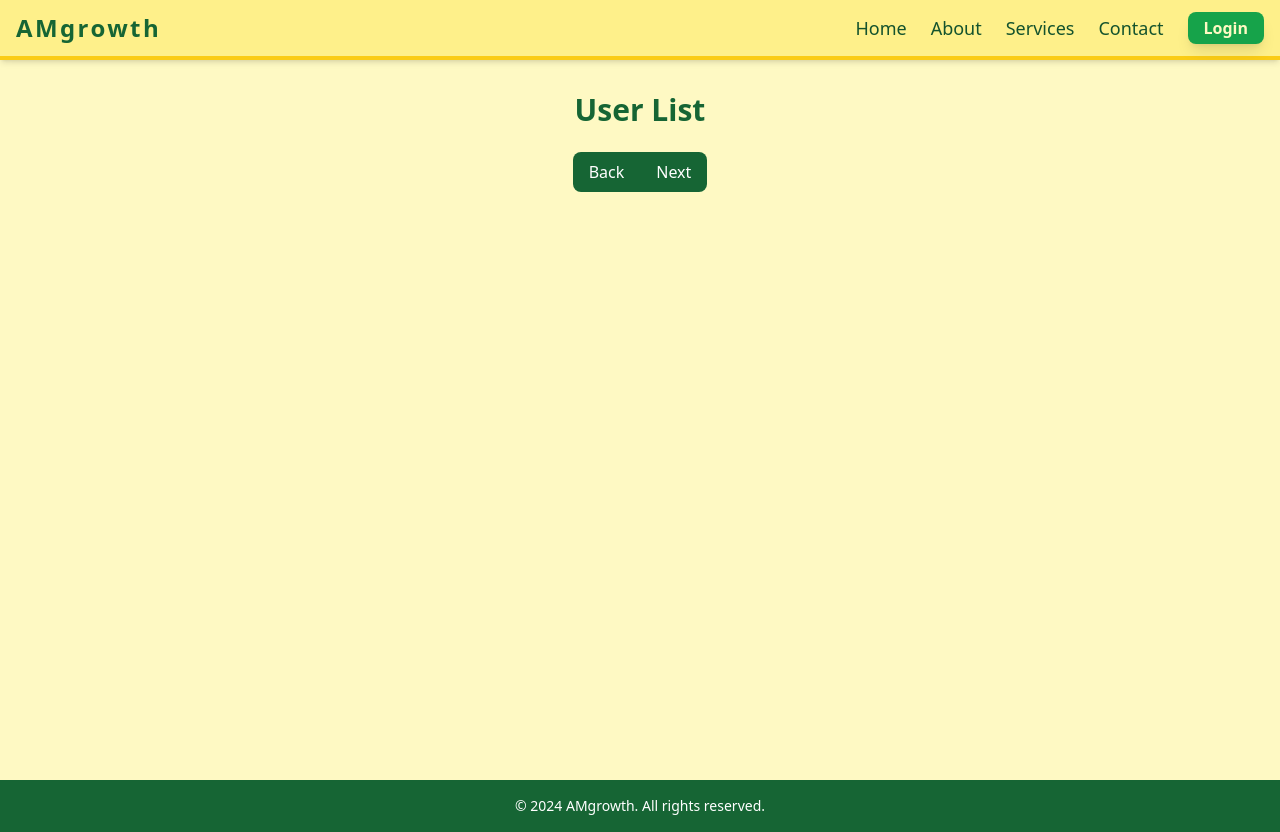
Repository: ArievfRahman-Dev/Mini-Project-II
Page: / (app in miniproject2/)
An editor plug-in stored every save of this project. The page is shown before and after the next save, followed by the edit.
The browser window is 1280 px wide. The pictures show the whole page.
The page's requests for data from a server got no answer. The project was rebuilt for these pictures with package versions that can differ from the ones it lists, and the page was loaded fresh each time. No one was signed in, and anything a server would have sent is missing. Also part of the build but not shown: miniproject2/vite.config.js, miniproject2/src/pages/DetailUser/index.jsx, miniproject2/src/pages/LoginPage/index.jsx, miniproject2/src/pages/RegisterPages/index.jsx, miniproject2/src/routes/ProtectedRoute.jsx.

Above is the page before, as saved 2024-12-16 23:13:36.

After the next save:
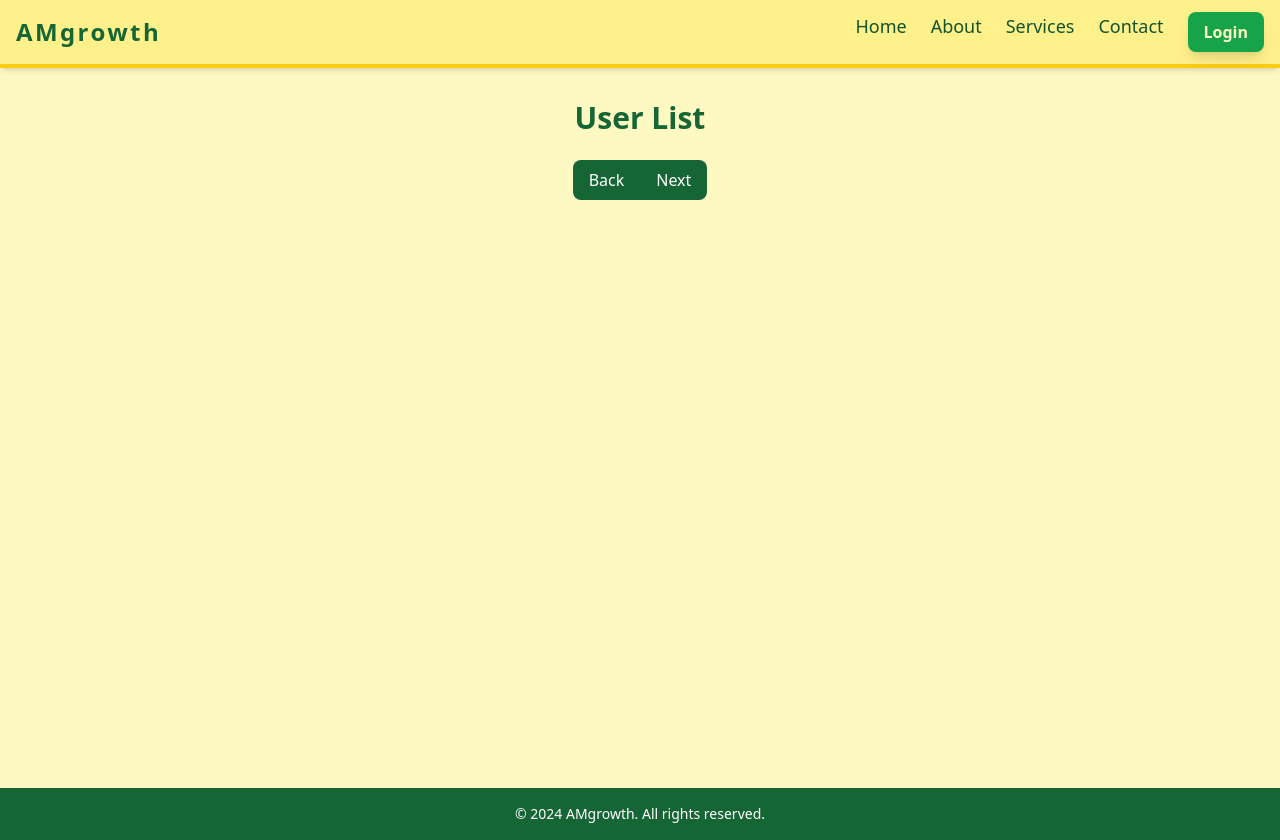
Saved 87 s later.
--- a/miniproject2/src/components/Navbar/index.jsx
+++ b/miniproject2/src/components/Navbar/index.jsx
@@ -12,13 +12,14 @@
   };
 
   const toggleMenu = () => setIsMenuOpen((prevState) => !prevState);
-  const closeMenu = () => {
-    setIsMenuOpen(false);
-  };
+
+  // Close the menu when a menu item is clicked
+  const closeMenu = () => setIsMenuOpen(false);
 
   return (
     <nav className="sticky top-0 z-50 bg-yellow-200 border-b-4 border-yellow-400 shadow-md">
       <div className="container mx-auto px-4 py-3 flex justify-between items-center">
+        {/* Logo */}
         <Link
           to="/"
           className="text-2xl font-bold text-green-800 retro-font tracking-widest"
@@ -26,12 +27,8 @@
           AMgrowth
         </Link>
 
-        {/* Menu for Mobile and Desktop */}
-        <div
-          className={`flex items-center ${
-            isMenuOpen ? "block" : "hidden"
-          } md:flex md:space-x-6`}
-        >
+        {/* Desktop Navigation Links */}
+        <div className="hidden md:flex space-x-6">
           <Link
             to="/"
             className="text-green-900 hover:text-yellow-700 font-medium text-lg"
@@ -39,26 +36,28 @@
             Home
           </Link>
           <Link
-            to="/"
+            to="/about"
             className="text-green-900 hover:text-yellow-700 font-medium text-lg"
           >
             About
           </Link>
           <Link
-            to="/"
+            to="/services"
             className="text-green-900 hover:text-yellow-700 font-medium text-lg"
           >
             Services
           </Link>
           <Link
-            to="/"
+            to="/contact"
             className="text-green-900 hover:text-yellow-700 font-medium text-lg"
           >
             Contact
           </Link>
+
+          {/* Login/Logout Button */}
           {token ? (
             <button
-              className="px-4 py-1 font-semibold text-yellow-100 bg-gray-500 rounded-lg hover:bg-gray-600 retro-font shadow-lg"
+              className="px-4 py-2 font-semibold text-yellow-100 bg-gray-500 rounded-lg hover:bg-gray-600 retro-font shadow-lg"
               onClick={handleLogout}
             >
               Logout
@@ -66,18 +65,78 @@
           ) : (
             <Link
               to="/login"
-              className="px-4 py-1 font-semibold text-yellow-100 bg-green-600 rounded-lg hover:bg-green-800 retro-font shadow-lg"
+              className="px-4 py-2 font-semibold text-yellow-100 bg-green-600 rounded-lg hover:bg-green-800 retro-font shadow-lg"
             >
               Login
             </Link>
           )}
         </div>
 
-        {/* Hamburger Icon */}
+        {/* Hamburger Icon for Mobile */}
         <div className="md:hidden" onClick={toggleMenu}>
           <i className={isMenuOpen ? "ri-close-line" : "ri-menu-line"}></i>
         </div>
       </div>
+
+      {/* Mobile Menu Links */}
+      {isMenuOpen && (
+        <div className="md:hidden flex flex-col items-center py-3 bg-yellow-200">
+          <Link
+            to="/"
+            className="text-green-900 hover:text-yellow-700 font-medium text-lg py-2"
+            onClick={() => {
+              closeMenu();
+            }}
+          >
+            Home
+          </Link>
+          <Link
+            to="/about"
+            className="text-green-900 hover:text-yellow-700 font-medium text-lg py-2"
+            onClick={() => {
+              closeMenu();
+            }}
+          >
+            About
+          </Link>
+          <Link
+            to="/services"
+            className="text-green-900 hover:text-yellow-700 font-medium text-lg py-2"
+            onClick={() => {
+              closeMenu();
+            }}
+          >
+            Services
+          </Link>
+          <Link
+            to="/contact"
+            className="text-green-900 hover:text-yellow-700 font-medium text-lg py-2"
+            onClick={() => {
+              closeMenu();
+            }}
+          >
+            Contact
+          </Link>
+
+          {/* Login/Logout Button */}
+          {token ? (
+            <button
+              className="px-4 py-2 font-semibold text-yellow-100 bg-gray-500 rounded-lg hover:bg-gray-600 retro-font shadow-lg mt-2"
+              onClick={handleLogout}
+            >
+              Logout
+            </button>
+          ) : (
+            <Link
+              to="/login"
+              className="px-4 py-2 font-semibold text-yellow-100 bg-green-600 rounded-lg hover:bg-green-800 retro-font shadow-lg mt-2"
+              onClick={closeMenu}
+            >
+              Login
+            </Link>
+          )}
+        </div>
+      )}
     </nav>
   );
 };

After the save that followed:
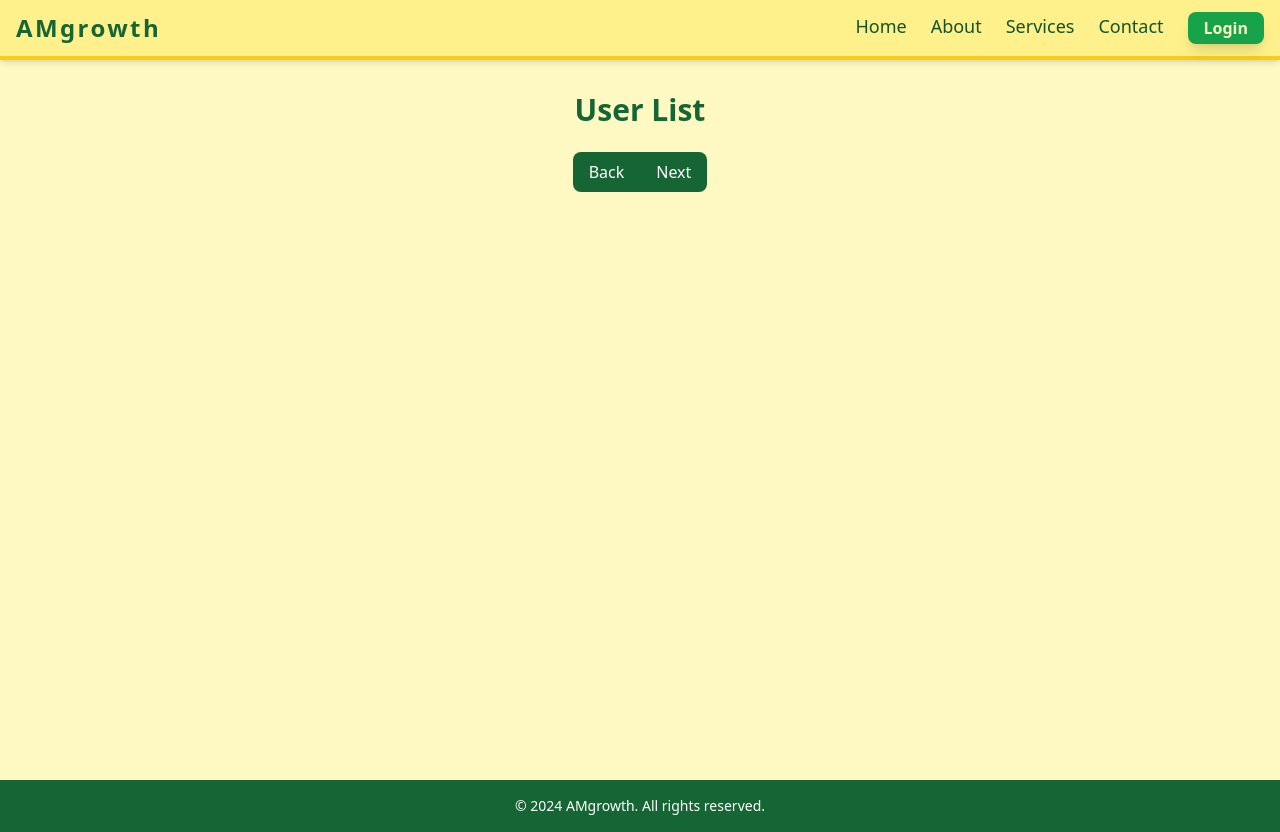
Saved 32 s later.
--- a/miniproject2/src/components/Navbar/index.jsx
+++ b/miniproject2/src/components/Navbar/index.jsx
@@ -13,13 +13,9 @@
 
   const toggleMenu = () => setIsMenuOpen((prevState) => !prevState);
 
-  // Close the menu when a menu item is clicked
-  const closeMenu = () => setIsMenuOpen(false);
-
   return (
     <nav className="sticky top-0 z-50 bg-yellow-200 border-b-4 border-yellow-400 shadow-md">
       <div className="container mx-auto px-4 py-3 flex justify-between items-center">
-        {/* Logo */}
         <Link
           to="/"
           className="text-2xl font-bold text-green-800 retro-font tracking-widest"
@@ -27,7 +23,7 @@
           AMgrowth
         </Link>
 
-        {/* Desktop Navigation Links */}
+        {/* Desktop Navigation */}
         <div className="hidden md:flex space-x-6">
           <Link
             to="/"
@@ -36,28 +32,26 @@
             Home
           </Link>
           <Link
-            to="/about"
+            to="/"
             className="text-green-900 hover:text-yellow-700 font-medium text-lg"
           >
             About
           </Link>
           <Link
-            to="/services"
+            to="/"
             className="text-green-900 hover:text-yellow-700 font-medium text-lg"
           >
             Services
           </Link>
           <Link
-            to="/contact"
+            to="/"
             className="text-green-900 hover:text-yellow-700 font-medium text-lg"
           >
             Contact
           </Link>
-
-          {/* Login/Logout Button */}
           {token ? (
             <button
-              className="px-4 py-2 font-semibold text-yellow-100 bg-gray-500 rounded-lg hover:bg-gray-600 retro-font shadow-lg"
+              className="px-4 py-1 font-semibold text-yellow-100 bg-gray-500 rounded-lg hover:bg-gray-600 retro-font shadow-lg"
               onClick={handleLogout}
             >
               Logout
@@ -65,78 +59,65 @@
           ) : (
             <Link
               to="/login"
-              className="px-4 py-2 font-semibold text-yellow-100 bg-green-600 rounded-lg hover:bg-green-800 retro-font shadow-lg"
+              className="px-4 py-1 font-semibold text-yellow-100 bg-green-600 rounded-lg hover:bg-green-800 retro-font shadow-lg"
             >
               Login
             </Link>
           )}
         </div>
 
-        {/* Hamburger Icon for Mobile */}
+        {/* Mobile Hamburger Icon */}
         <div className="md:hidden" onClick={toggleMenu}>
           <i className={isMenuOpen ? "ri-close-line" : "ri-menu-line"}></i>
         </div>
       </div>
 
-      {/* Mobile Menu Links */}
-      {isMenuOpen && (
-        <div className="md:hidden flex flex-col items-center py-3 bg-yellow-200">
+      {/* Mobile Dropdown Menu */}
+      <div
+        className={`md:hidden ${
+          isMenuOpen ? "block" : "hidden"
+        } bg-yellow-200 p-4`}
+      >
+        <Link
+          to="/"
+          className="block text-green-900 hover:text-yellow-700 font-medium text-lg py-2"
+        >
+          Home
+        </Link>
+        <Link
+          to="/"
+          className="block text-green-900 hover:text-yellow-700 font-medium text-lg py-2"
+        >
+          About
+        </Link>
+        <Link
+          to="/"
+          className="block text-green-900 hover:text-yellow-700 font-medium text-lg py-2"
+        >
+          Services
+        </Link>
+        <Link
+          to="/"
+          className="block text-green-900 hover:text-yellow-700 font-medium text-lg py-2"
+        >
+          Contact
+        </Link>
+        {token ? (
+          <button
+            className="block w-full text-center py-2 px-4 font-semibold text-yellow-100 bg-gray-500 rounded-lg hover:bg-gray-600 retro-font shadow-lg"
+            onClick={handleLogout}
+          >
+            Logout
+          </button>
+        ) : (
           <Link
-            to="/"
-            className="text-green-900 hover:text-yellow-700 font-medium text-lg py-2"
-            onClick={() => {
-              closeMenu();
-            }}
+            to="/login"
+            className="block w-full text-center py-2 px-4 font-semibold text-yellow-100 bg-green-600 rounded-lg hover:bg-green-800 retro-font shadow-lg"
           >
-            Home
+            Login
           </Link>
-          <Link
-            to="/about"
-            className="text-green-900 hover:text-yellow-700 font-medium text-lg py-2"
-            onClick={() => {
-              closeMenu();
-            }}
-          >
-            About
-          </Link>
-          <Link
-            to="/services"
-            className="text-green-900 hover:text-yellow-700 font-medium text-lg py-2"
-            onClick={() => {
-              closeMenu();
-            }}
-          >
-            Services
-          </Link>
-          <Link
-            to="/contact"
-            className="text-green-900 hover:text-yellow-700 font-medium text-lg py-2"
-            onClick={() => {
-              closeMenu();
-            }}
-          >
-            Contact
-          </Link>
-
-          {/* Login/Logout Button */}
-          {token ? (
-            <button
-              className="px-4 py-2 font-semibold text-yellow-100 bg-gray-500 rounded-lg hover:bg-gray-600 retro-font shadow-lg mt-2"
-              onClick={handleLogout}
-            >
-              Logout
-            </button>
-          ) : (
-            <Link
-              to="/login"
-              className="px-4 py-2 font-semibold text-yellow-100 bg-green-600 rounded-lg hover:bg-green-800 retro-font shadow-lg mt-2"
-              onClick={closeMenu}
-            >
-              Login
-            </Link>
-          )}
-        </div>
-      )}
+        )}
+      </div>
     </nav>
   );
 };
